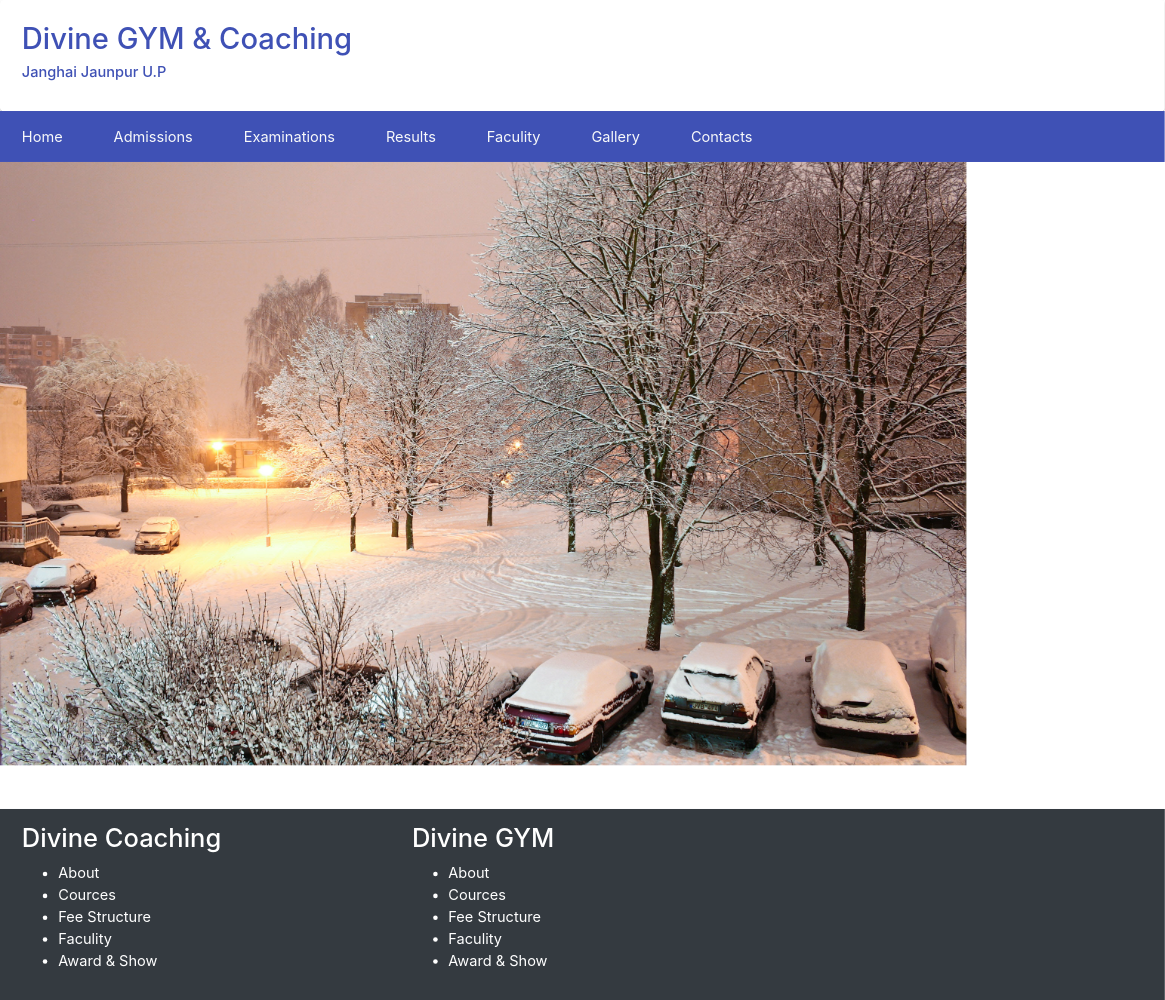
Repository: lalji-yadav/vikash-Coaching-frontend
Page: /gallery
The author's editor kept a copy of each file at every save. The page is drawn from the files as they stood at one save, then again after the next save.
The browser window is 1280 px wide. The pictures show the whole page, at 91% of full size.
The project was rebuilt for these pictures with package versions that can differ from the ones it lists, and the page was loaded fresh each time. Also part of the build but not shown: src/index.css, src/home/home.js, src/component/admission/admission.js, src/component/examination/examination.js, src/component/results/result.js, src/component/faculity/faculity.js.

Above is the page before, as saved 2021-04-10 21:50:25.

### public/index.html
<!DOCTYPE html>
<html lang="en">
  <head>
    <meta charset="utf-8" />
    <link rel="icon" href="%PUBLIC_URL%/favicon.ico" />
    <meta name="viewport" content="width=device-width, initial-scale=1" />
    <meta name="theme-color" content="#000000" />
    <meta
      name="description"
      content="Web site created using create-react-app"
    />


    <link rel="preconnect" href="https://fonts.gstatic.com">
    <link href="https://fonts.googleapis.com/css2?family=Open+Sans:wght@400;700&display=swap" rel="stylesheet">

    <link rel="apple-touch-icon" href="%PUBLIC_URL%/logo192.png" />
    <!--
      manifest.json provides metadata used when your web app is installed on a
      user's mobile device or desktop. See https://developers.google.com/web/fundamentals/web-app-manifest/
    -->
    <link rel="manifest" href="%PUBLIC_URL%/manifest.json" />


    <link rel="preconnect" href="https://fonts.gstatic.com">
<link href="https://fonts.googleapis.com/css2?family=Open+Sans&display=swap" rel="stylesheet">
    <!--
      Notice the use of %PUBLIC_URL% in the tags above.
      It will be replaced with the URL of the `public` folder during the build.
      Only files inside the `public` folder can be referenced from the HTML.

      Unlike "/favicon.ico" or "favicon.ico", "%PUBLIC_URL%/favicon.ico" will
      work correctly both with client-side routing and a non-root public URL.
      Learn how to configure a non-root public URL by running `npm run build`.
    -->
    <title>React App</title>
  </head>
  <body>
    <noscript>You need to enable JavaScript to run this app.</noscript>
    <div id="root"></div>
    <!--
      This HTML file is a template.
      If you open it directly in the browser, you will see an empty page.

      You can add webfonts, meta tags, or analytics to this file.
      The build step will place the bundled scripts into the <body> tag.

      To begin the development, run `npm start` or `yarn start`.
      To create a production bundle, use `npm run build` or `yarn build`.
    -->
  </body>
</html>

### src/App.js
import React from 'react';
import Header from "../src/header/header"
import { BrowserRouter } from 'react-router-dom';
import Footer from '../src/footer/footer'


function App() {
  return (
    <div style={{overflowX:"hidden"}}>

      <BrowserRouter>
          <Header />
      </BrowserRouter>


      {/* <Routers /> */}


      <Footer />

    </div>
  );
}

export default App;

### src/header/header.js
import React, { Component } from 'react';
import   "./headers.css"
import {Navbar, Nav, NavDropdown,Button,Dropdown} from 'react-bootstrap';
import { Card } from '@material-ui/core';
import {
    BrowserRouter as Router,
    Switch,
    Route,
    Link
  } from "react-router-dom";
import Routers from "../router/router"

class header extends Component {
    render() {
        return (
            <div>
                <Card className="py-4 pl-4">
                    <h2 style={{color:"#3f51b5"}}>Divine GYM & Coaching </h2>
                    <h6 style={{color:"#3f51b5"}}>Janghai Jaunpur U.P</h6>
                </Card>

                <Navbar style={{backgroundColor:"#3f51b5"}} variant="light" expand="lg">
                    <Navbar.Toggle aria-controls="basic-navbar-nav" />
                    <Navbar.Collapse id="basic-navbar-nav">
                    <Nav className="text-light">
                        <Nav.Link className="text-light pr-5" as={Link} to="/home">Home</Nav.Link>
                        <Nav.Link className="text-light pr-5" as={Link} to="/admission">Admissions</Nav.Link>
                        <Nav.Link className="text-light pr-5" as={Link} to="/examination">Examinations</Nav.Link>
                        <Nav.Link className="text-light pr-5" as={Link} to="/results">Results</Nav.Link>
                        <Nav.Link className="text-light pr-5" as={Link} to="/faculity">Faculity</Nav.Link>
                        <Nav.Link className="text-light pr-5" as={Link} to="/gallery">Gallery</Nav.Link>
                        <Nav.Link className="text-light pr-5" as={Link} to="/service">Contacts</Nav.Link>

                    </Nav>
                    </Navbar.Collapse>
                </Navbar>

                <Routers> </Routers>

            </div>
        );
    }
}

export default header;

### src/footer/footer.js
import React, { Component } from 'react';
// import { Card } from 'react-bootstrap';

class footer extends Component {
    render() {
        return (
              <div className="row bg-dark text-white mt-5 py-3 pl-4">

                  <div className="col-sm-4">
                  <h3> Divine Coaching </h3>
                  <ul>
                         <li> About </li>
                         <li> Cources </li>
                         <li> Fee Structure </li>
                         <li> Faculity </li>
                         <li> Award & Show </li>
                     </ul>
                  </div>

                  <div className="col-sm-4">
                  <h3> Divine GYM </h3>
                  <ul>
                         <li> About </li>
                         <li> Cources </li>
                         <li> Fee Structure </li>
                         <li> Faculity </li>
                         <li> Award & Show </li>
                     </ul>
                  </div>
              </div>
        );
    }
}

export default footer;

### src/header/headers.css
.header {
    color: black;
    font-size: 2vw;
    padding: 25px 10px 25px 10px;
    background-color: rgb(150, 153, 150);
}
.nav.navbar-nav.navbar-right li a {
    color: blue;
}
.nav-link {
    color: white;
  }
#nav-link {
   color: white;
}
a:hover {
    color: wheat;
}
@media (min-width: 992px) {
.navbar-expand-lg .navbar-nav .nav-link {
    padding-right: 5.5rem;
    padding-left: 5.5rem;
}
}

### src/router/router.js
import React, { Component } from 'react';
import {
    Switch,
    Route,
    Link
  } from "react-router-dom";
  import Home from '../home/home'
  import Admission from "../component/admission/admission"
  import Examination from "../component/examination/examination"
  import Result from "../component/results/result"
  import Faculity from "../component/faculity/faculity"
import Gallery from '../component/gallery/gallery';

class router extends Component {
    render() {
        return (
            <div>
                   <Switch>
                    <Route exact path="/" component={Home} />
                    <Route exact path="/home" component={Home} />
                    <Route exact path="/admission" component={Admission} />
                    <Route exact path="/examination" component={Examination} />
                    <Route exact path="/results" component={Result} />
                    <Route exact path="/faculity" component={Faculity} />
                    <Route exact path="/gallery" component={Gallery} />
                    </Switch>

            </div>
        );
    }
}

export default router;

### src/component/gallery/gallery.js
import { Height } from '@material-ui/icons';
import React, { Component } from 'react';

class gallery extends Component {
    render() {
        return (
            <div>
                <div className="row">
                    <div className="col-sm-10">

                        <img style={{width:"100%"}} src={process.env.PUBLIC_URL + '/image/gallery/Admin/0 (22) - Copy.jpg'} alt="" />

                    </div>

                    <div className="col-md-5">

                    </div>


                </div>
            </div>
        );
    }
}

export default gallery;

Loaded but not shown: src/index.js (common file); src/serviceWorker.js (common file)

After the next save:
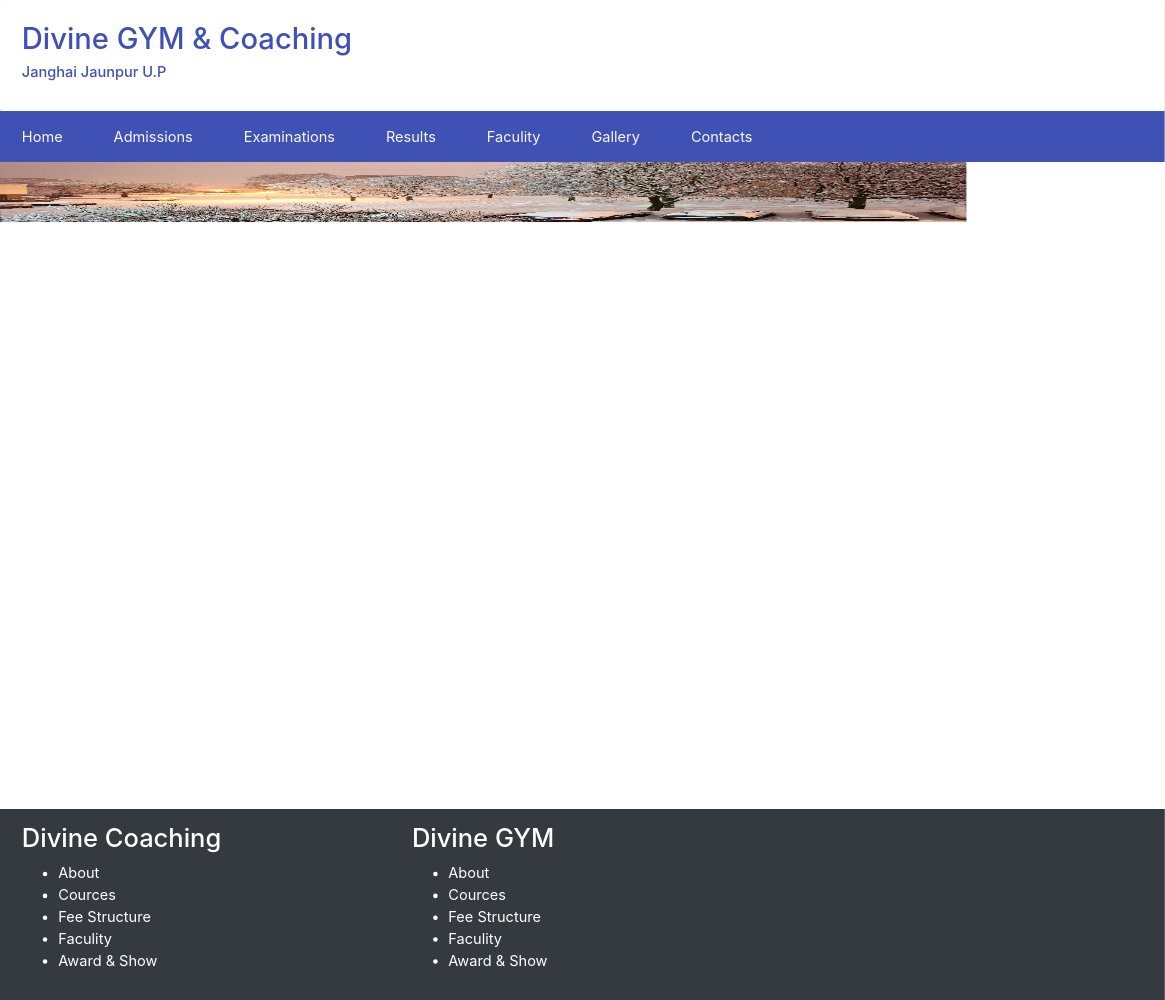
Saved 7 min 0 s later.
--- a/src/component/gallery/gallery.js
+++ b/src/component/gallery/gallery.js
@@ -8,7 +8,7 @@ class gallery extends Component {
                 <div className="row">
                     <div className="col-sm-10">
 
-                        <img style={{width:"100%"}} src={process.env.PUBLIC_URL + '/image/gallery/Admin/0 (22) - Copy.jpg'} alt="" />
+                        <img style={{width:"100%", height:"10%"}} src={process.env.PUBLIC_URL + '/image/gallery/Admin/0 (22) - Copy.jpg'} alt="" />
 
                     </div>
 
